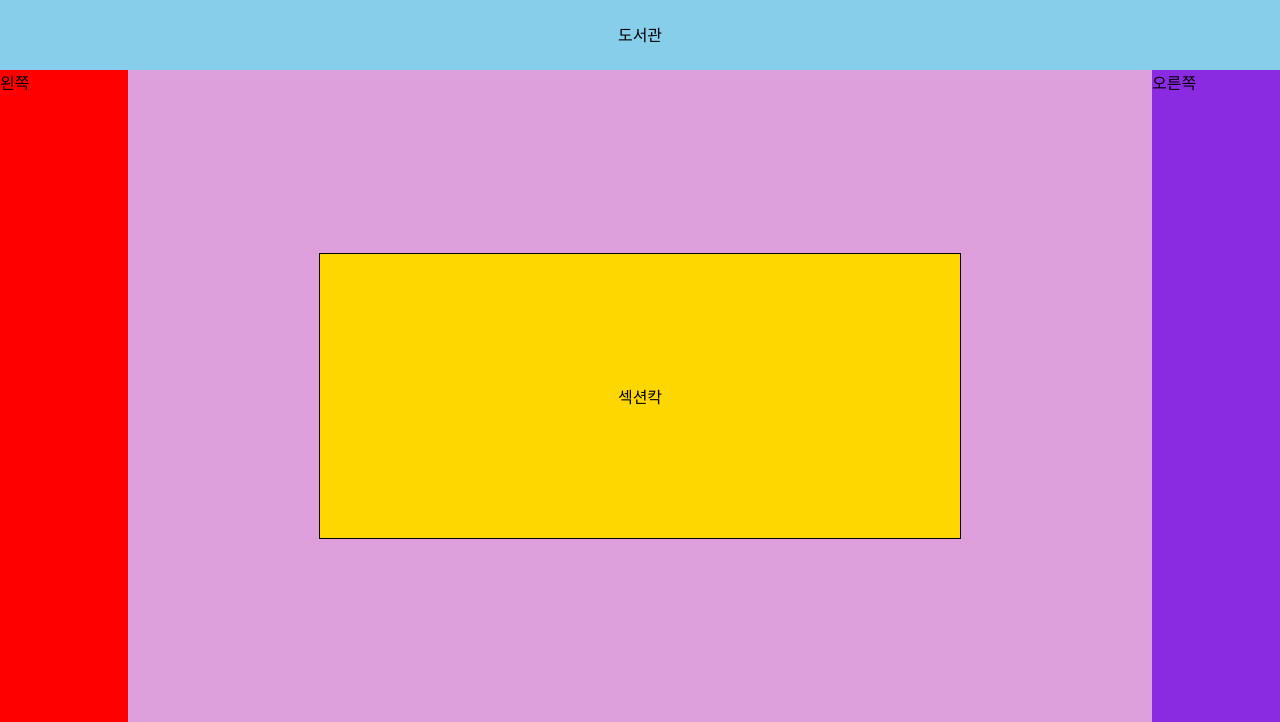
Repository: sojihwan/API_-Multi
Page: / (app in API/)
These files come from the project's save history. The page is drawn as it stood at one moment and after the next save; the edit follows.
The browser window is 1280 px wide. The pictures show the whole page.
The project was rebuilt for these pictures with package versions that can differ from the ones it lists, and the page was loaded fresh each time. Also part of the build but not shown: API/src/App.css.

Above is the page before, as saved 2022-05-24 15:17:48.

### API/src/App.js
import "./App.css";
import Layout from "./Layout/Layout";

function App() {
  return (
    <div>
      <Layout />
    </div>
  );
}

export default App;

### API/src/Layout/layout.js
import React from "react";
import "./Layout.css";
import Section from "./Section";

function Layout() {
  return (
    <div className="layout">
      <header>도서관</header>
      <main>
        <aside>왼쪽</aside>
        <Section />
        <aside>오른쪽</aside>
      </main>
    </div>
  );
}

export default Layout;

### API/src/Layout/layout.css
.layout {
  box-sizing: border-box;
}

header {
  width: 100%;
  height: 70px;
  line-height: 70px;
  text-align: center;
  background: skyblue;
}

aside {
  top: 70px;
}

main aside:first-child {
  position: absolute;
  left: 0;
  width: 10%;
  height: 90.6%;
  background: red;
}

main {
  display: flex;
  justify-content: center;
  align-items: center;
  min-height: 90.6vh;
  background: plum;
}

main aside:last-child {
  position: absolute;
  right: 0;
  width: 10%;
  height: 90.6%;
  background: blueviolet;
}

### API/src/Layout/Section.js
import React from "react";
import "../Layout/Section.css";

function Section() {
  return (
    <div className="section">
      <div>섹션칵</div>
    </div>
  );
}

export default Section;

### API/src/Layout/Section.css
.section {
  border: 1px solid black;
  width: 50%;
  padding: 130px 0;
  background: gold;
  text-align: center;

}

Loaded but not shown: API/public/index.html (common file); API/src/index.js (common file); API/src/index.css (common file); API/src/reportWebVitals.js (common file)

After the next save:
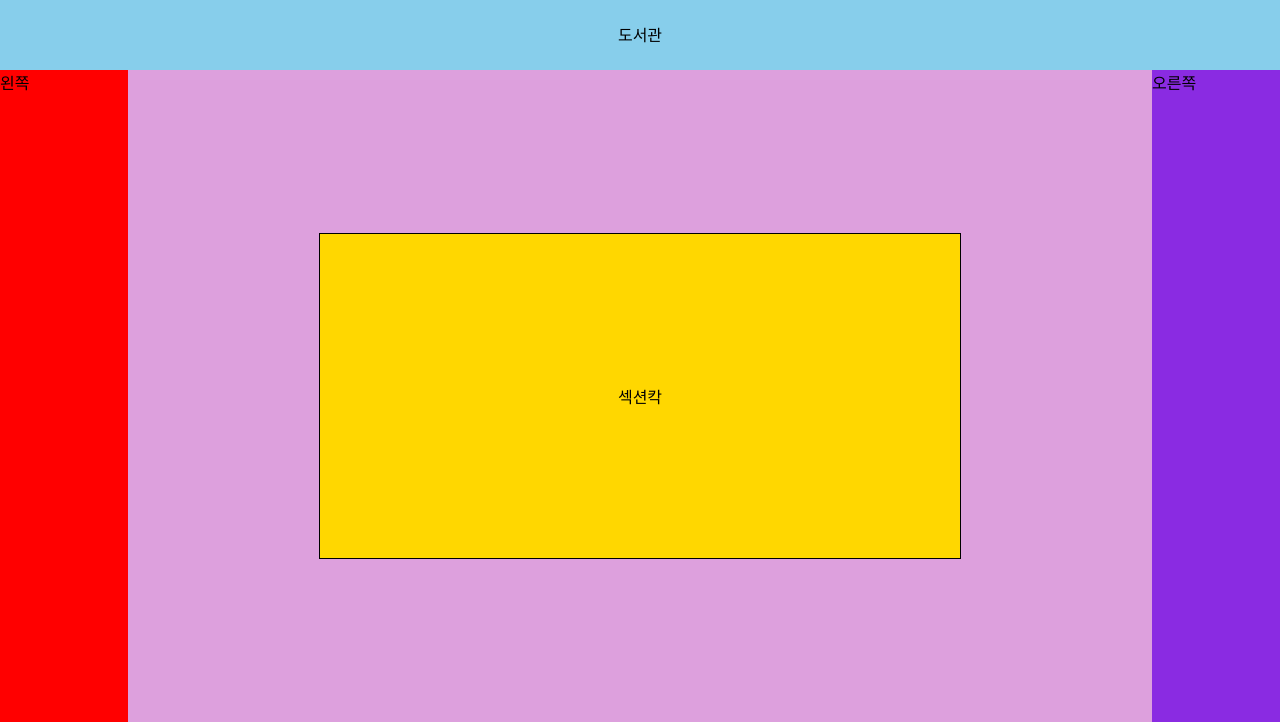
Saved 2 s later.
--- a/API/src/Layout/Section.css
+++ b/API/src/Layout/Section.css
@@ -1,7 +1,7 @@
 .section {
   border: 1px solid black;
   width: 50%;
-  padding: 130px 0;
+  padding: 150px 0;
   background: gold;
   text-align: center;
 
